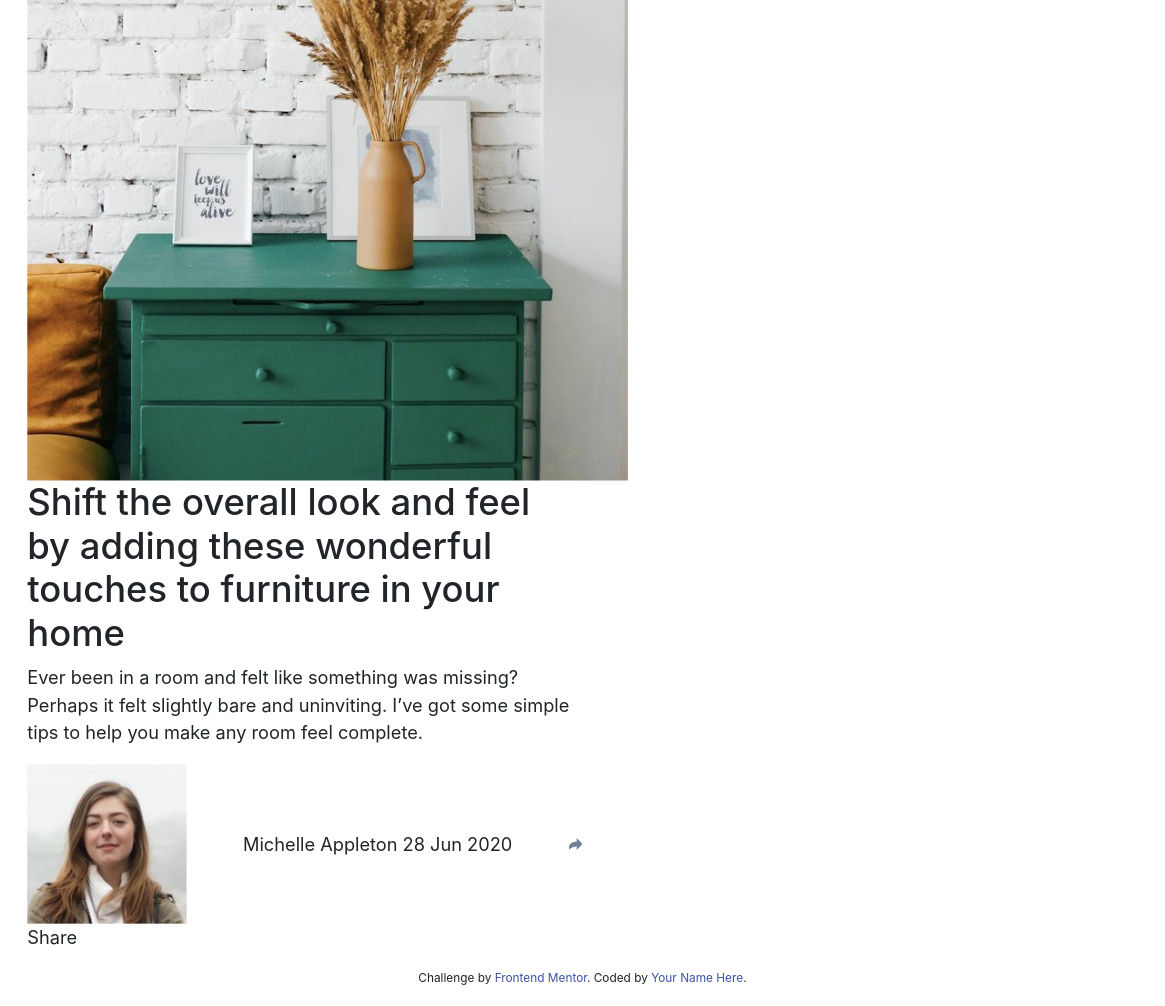
Repository: timiodulate/Article-Preview-Component
Page: index.html
These files come from the project's save history. The page is drawn as it stood at one moment and after a run of saves; the edit follows.
The browser window is 1280 px wide. The pictures show the whole page, at 91% of full size.

Above is the page before, as saved 2020-07-11 11:19:07.

### index.html
<!DOCTYPE html>
<html lang="en">
<head>
  <meta charset="UTF-8">
  <meta name="viewport" content="width=device-width, initial-scale=1.0"> <!-- displays site properly based on user's device -->

  <link rel="icon" type="image/png" sizes="32x32" href="./images/favicon-32x32.png">

  <!-- Bootstrap -->
  <link rel="stylesheet" href="./css/bootstrap.min.css">

  <!-- Custom Style -->
  <link rel="stylesheet" href="./css/style.css">

  <title>Frontend Mentor | Article preview component</title>
</head>
<body>
  <div class="container col d-flex flex-column justify-content-between">
    <div class="cardContainer col d-flex-column align-items-center">

      <div class="imageContainer w-50">

        <img src="./images/drawers.jpg" alt="" class="w-100>
      </div>

      <div class="textContainer w-50">
        <h2>
          Shift the overall look and feel by adding these wonderful
          touches to furniture in your home
        </h2>
        <p>
          Ever been in a room and felt like something was missing? Perhaps
          it felt slightly bare and uninviting. I’ve got some simple tips
          to help you make any room feel complete.
        </p>
        <div class="userDetails d-flex justify-content-between align-items-center">

          <img src="./images/avatar-michelle.jpg" alt="">
          <div class="nameDate">
            Michelle Appleton
            28 Jun 2020
          </div>
          <img src="./images/icon-share.svg" alt="">
        </div>
      </div>



      Share
    </div>
    <div class="attribution">
      Challenge by <a href="https://www.frontendmentor.io?ref=challenge" target="_blank">Frontend Mentor</a>.
      Coded by <a href="#">Your Name Here</a>.
    </div>
  </>

  <script src="https://code.jquery.com/jquery-3.5.1.slim.min.js" integrity="sha384-DfXdz2htPH0lsSSs5nCTpuj/zy4C+OGpamoFVy38MVBnE+IbbVYUew+OrCXaRkfj" crossorigin="anonymous"></script>
  <script src="./js/bootstrap.min.js"></script>
</body>
</html>

### css/style.css
@import url('http://fonts.googleapis.com/css?family=Raleway:400|Open+Sans:500');

/* Global Resets */
* {
    padding: 0;
    margin: 0;
    box-sizing: border-box;
}

html {
    font-size: 20px;

    /* font-family */
    --header: Raleway;
    --body: Open Sans;

    /* font-weight */
    --normal: 400;
    --bold: 700;

    /* color */
    --footer: hsl(243, 87%, 12%);
    --last-section: hsl(238, 22%, 44%);
    --button: hsl(224, 93%, 58%);
    --anchor: hsl(170, 45%, 43%);
    --card-bg: hsl(240, 75%, 98%);
    --placeholder: hsl(0, 0%, 75%);
    --text: white;
}

/* Dark mode */
/* html[data-theme = 'dark'] {

} */

body {
    height: 100vh;
    width: 100vw;
    /* background-image: url(../images/bg-intro-desktop.png); */
    /* background-color: var(--red); */
    /* background-blend-mode: screen; */
}

button {
    cursor: pointer;
    padding: 12px 50px;
    border: none;
    border-radius: .3rem;
    font-size: .7rem;
    font-family: var(--header), sans-serif;

    background-color: var(--button);
    color: white;
}

ul {
    list-style: none;
}

li {
    text-decoration: none;
}

a  {
    text-decoration: none;
}



/* header */
.container {
    width: 100%;
    height: 100%;
}

/* nav */



/* main */


/* section */



/* footer */
footer .footer-container {
    display: grid;
    grid-template-columns: repeat(4, 1fr);
    margin-bottom: 30px;
}
.attribution {
    font-size: 13px;
    text-align: center;
    /* color: var(--text); */
    padding: 20px;
}
.attribution a {
    color: hsl(228, 45%, 44%);
    text-decoration: none;
}



/* Media Queries - Responsiveness */
/* LG - Large Screen */
/* @media only screen and (max-width: 992px) {

} */

/* MD - Medium Screen */
/* @media only screen and (max-width: 765px) {
    body {
        justify-content: initial;
	height: fit-content;
    }

    footer .footer-container {
        grid-template-columns: 1fr;
        margin-bottom: 20px;
        row-gap: 15px;
    }

    .attribution {
        font-size: .6rem;
        padding: 20px 10px;
        color: white;
    }
} */

/* SM - Small Screen */
/* @media only screen and (max-width: 576px){

} */


/* @timiodulate css template */

Loaded but not shown: css/bootstrap.min.css (library); js/bootstrap.min.js (library)

After the next 3 saves:
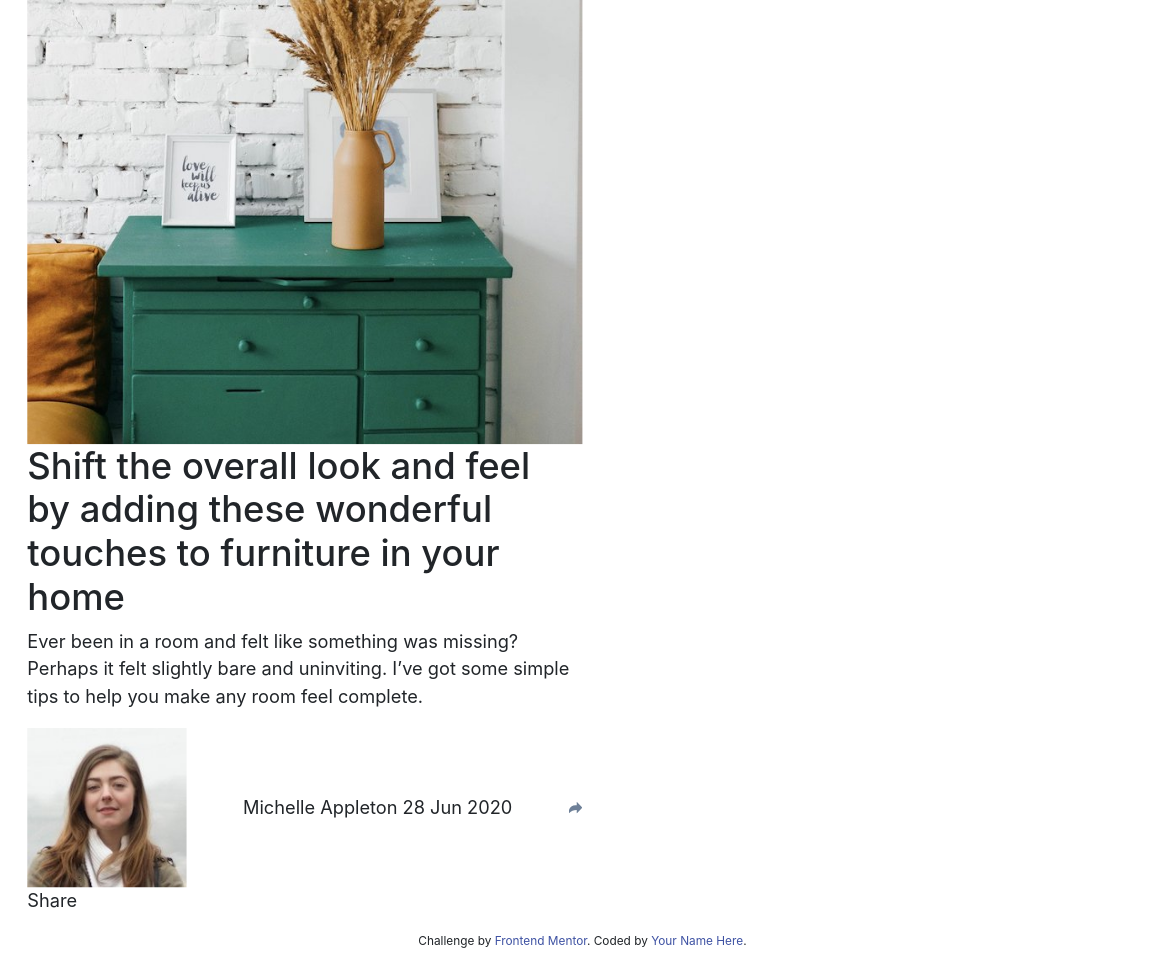
The 3 saves are shown as one change because they came seconds apart.
The last was saved 20 s later.
--- a/index.html
+++ b/index.html
@@ -20,7 +20,7 @@
 
       <div class="imageContainer w-50">
 
-        <img src="./images/drawers.jpg" alt="" class="w-100>
+        <img src="./images/drawers.jpg" alt="" class="w-100">
       </div>
 
       <div class="textContainer w-50">
